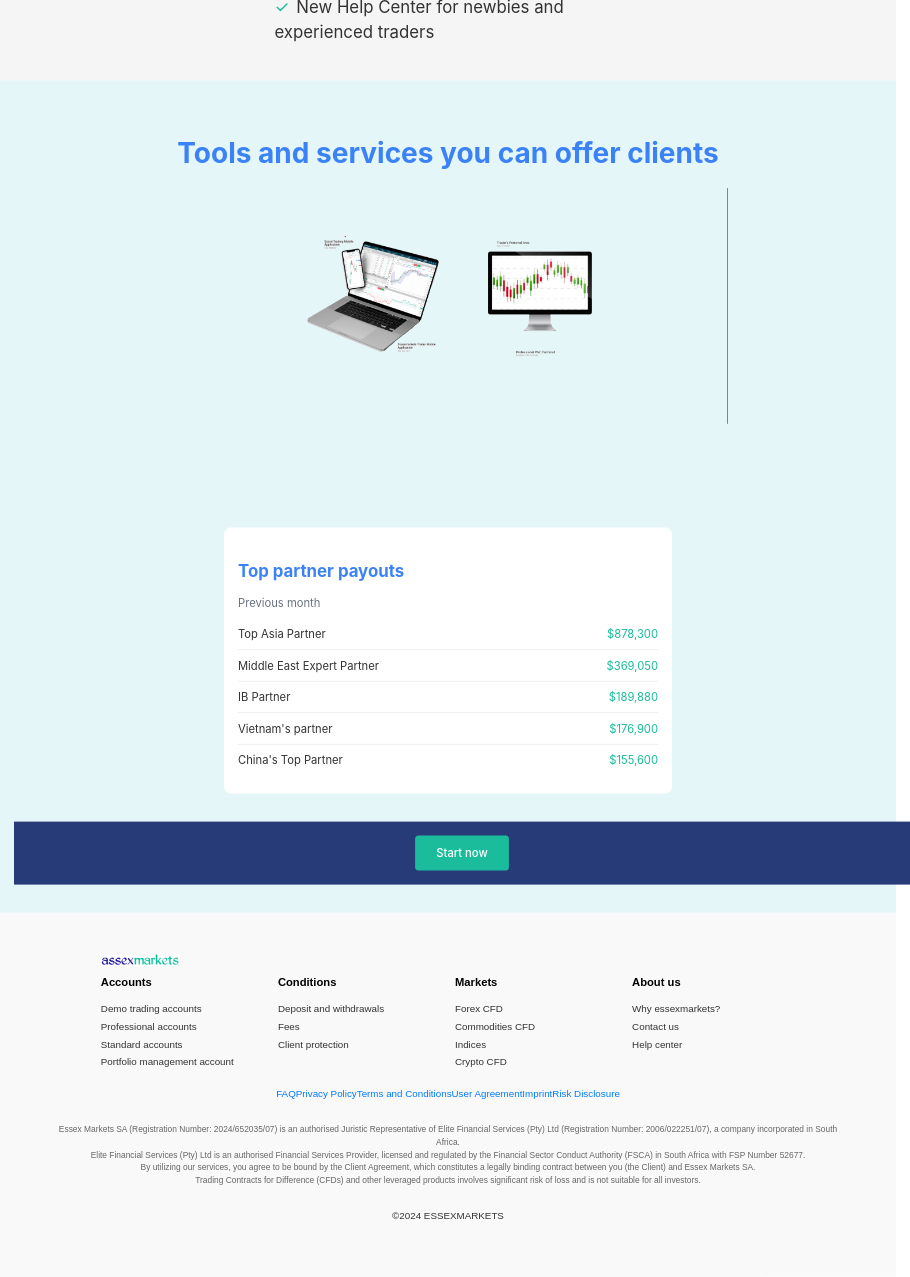
Repository: RevenewMarketing/Assex
Page: /partner
These files come from the project's save history. The page is drawn as it stood at one moment and after the next save; the edit follows.
The browser window is 1280 px wide. The page is 1300 px wide, so the pictures cover 1300 px, including what lies to the right of the window. The pictures show the part of the page from y = 3634 to 5514 px (the page is 5458 px tall before and 5514 px after), at 70% of full size.
The project was rebuilt for these pictures with package versions that can differ from the ones it lists, and the page was loaded fresh each time. Also part of the build but not shown: vite.config.ts, src/pages/home/sections/HeroSection.module.css, src/pages/home/sections/HeroSection.tsx, src/pages/home/sections/Section2.tsx, src/pages/home/sections/Section3.tsx, src/pages/home/sections/Section4.tsx, src/pages/home/sections/Section5.tsx, src/pages/home/sections/Section6.tsx and 10 more.

Above is the page before, as saved 2024-11-28 01:18:40.

After the next save:
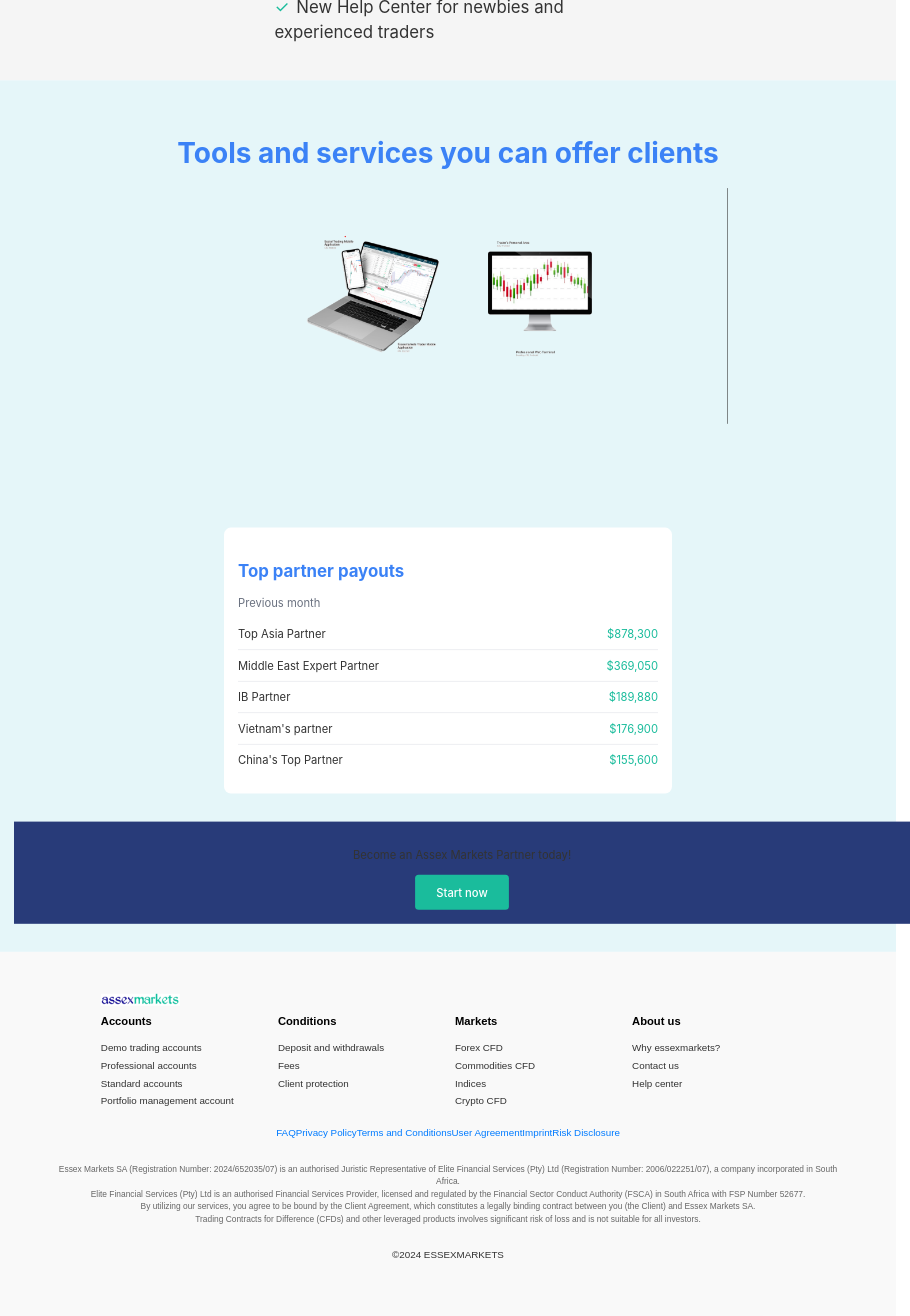
Saved 22 s later.
--- a/src/pages/partner/sections/Section4.tsx
+++ b/src/pages/partner/sections/Section4.tsx
@@ -58,7 +58,10 @@
           ))}
         </ul>
       </div>
-      <div className={styles.sectionFooter} ><button className={styles.ctaButton}>Start now</button></div>
+      <div className={styles.sectionFooter} >
+        <p>Become an Assex Markets Partner today!</p>
+        <button className={styles.ctaButton}>Start now</button>
+      </div>
     </section>
   );
 };
